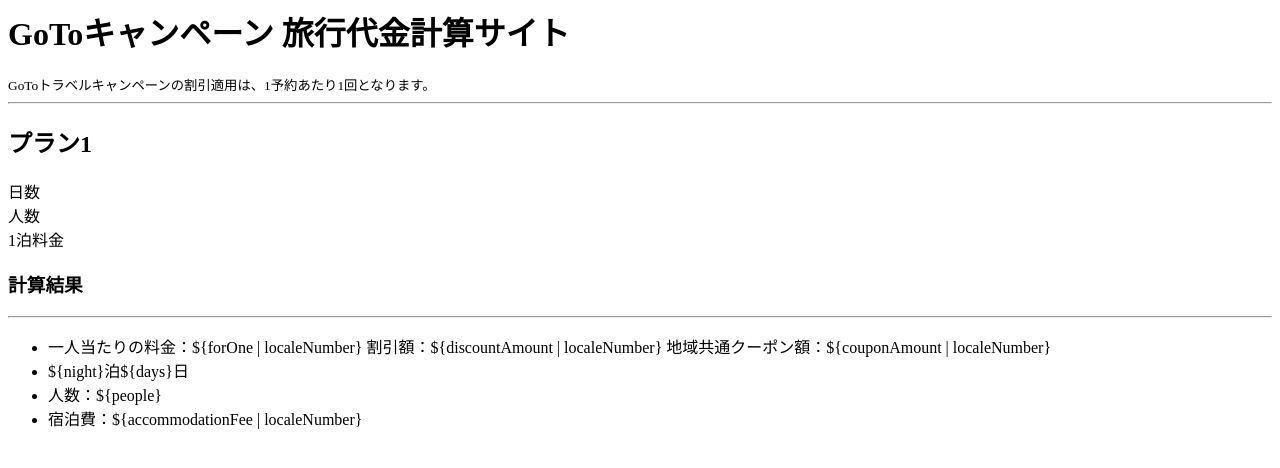
Repository: Ischca/ischca.github.io
Page: src/my-app.html
These files come from the project's save history. The page is drawn as it stood at one moment and after the next save; the edit follows.
The browser window is 1280 px wide. The pictures show the whole page.

Above is the page before, as saved 2020-10-02 16:56:33.

### src/my-app.html
<div class="container">

    <div class="row">
        <h1 class="text-center">GoToキャンペーン 旅行代金計算サイト</h1>
    </div>

    <div class="text-center">
        <small class="text-danger">
            GoToトラベルキャンペーンの割引適用は、1予約あたり1回となります。
        </small>
    </div>

    <hr />

    <div class="row justify-content-center mb-3">
        <h2 class="col-sm-auto">プラン1</h2>
    </div>

    <div class="row">
        <label for="staticEmail" class="offset-sm-4 col-sm-1 col-form-label font-weight-bold">日数</label>
        <div class="col-sm-2">
            <num-selector num.bind="night" suffix.bind="'泊'"></num-selector>
        </div>

        <div class="col-sm-2">
            <num-selector num.bind="days" suffix.bind="'日'"></num-selector>
        </div>
    </div>

    <div class="row">
        <label for="staticEmail" class="offset-sm-4 col-sm-1 col-form-label font-weight-bold">人数</label>
        <div class="col-sm-2">
            <num-selector num.bind="people" max.bind="100" suffix.bind="'人'"></num-selector>
        </div>
    </div>

    <div class="row">
        <label for="staticEmail" class="offset-sm-4 col-sm-1 col-form-label font-weight-bold">1泊料金</label>
        <div class="col-sm-2">
            <num-selector num.bind="accommodationFee" max.bind="10000000" suffix.bind="'円'"></num-selector>
        </div>
    </div>

    <!-- <div class="row">
        <label for="staticEmail" class="offset-sm-4 col-sm-1 col-form-label font-weight-bold">交通費</label>
        <div class="col-sm-2">
            <num-selector num.bind="transportFee" max.bind="10000000" suffix.bind="'円'"></num-selector>
        </div>
    </div> -->

    <h3 class="text-center mt-3">計算結果</h3>
    <hr/>

    <div id="result" class="text-center">
        <ul class="list-group list-group-flush">
            <li class="list-group-item">
                一人当たりの料金：${forOne | localeNumber}
                割引額：${discountAmount | localeNumber}
                地域共通クーポン額：${couponAmount | localeNumber}
            </li>
            <li class="list-group-item">
                ${night}泊${days}日
            </li>
            <li class="list-group-item">
                人数：${people}
            </li>
            <li class="list-group-item">
                宿泊費：${accommodationFee | localeNumber}
            </li>
            <!-- <li class="list-group-item">
                交通費：${transportFee | localeNumber}
            </li> -->
        </ul>
    </div>
</div>

After the next save:
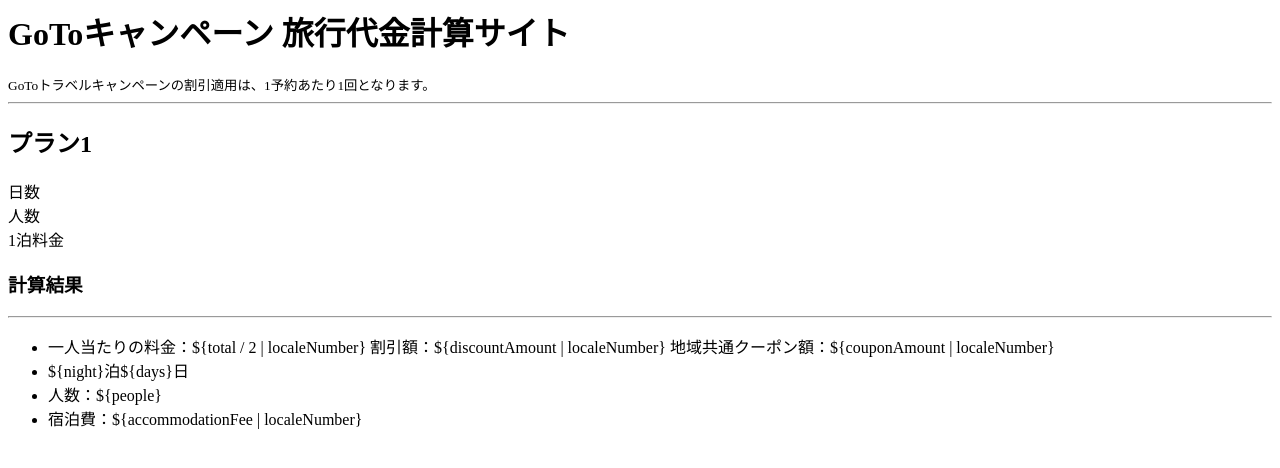
Saved 99 s later.
--- a/src/my-app.html
+++ b/src/my-app.html
@@ -54,7 +54,7 @@
     <div id="result" class="text-center">
         <ul class="list-group list-group-flush">
             <li class="list-group-item">
-                一人当たりの料金：${forOne | localeNumber}
+                一人当たりの料金：${total / 2 | localeNumber}
                 割引額：${discountAmount | localeNumber}
                 地域共通クーポン額：${couponAmount | localeNumber}
             </li>
